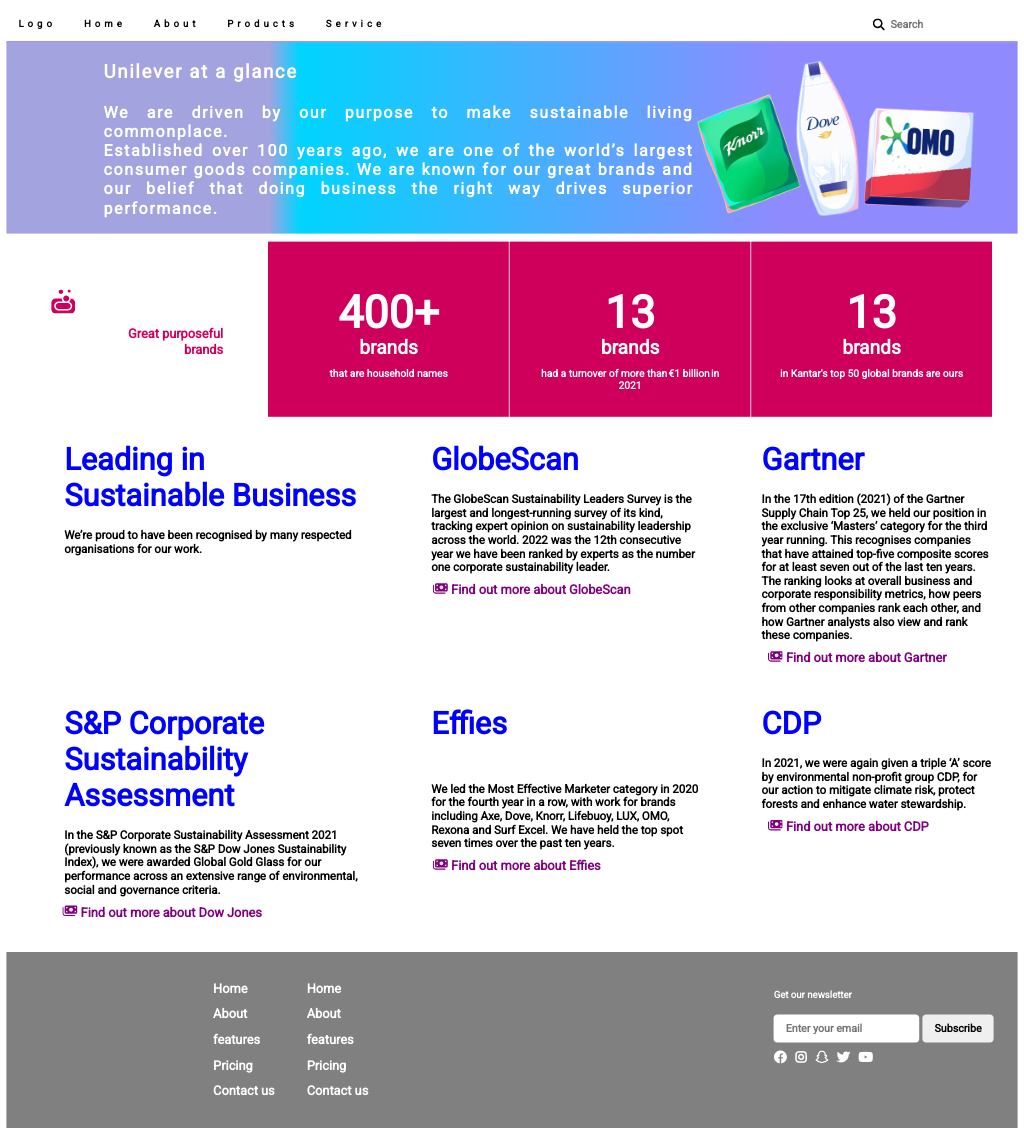
Repository: 365dayschallenge/interface_uniliver
Page: about.html
An editor plug-in stored every save of this project. The page is shown before and after the next save, followed by the edit.
The browser window is 1280 px wide. The pictures show the whole page, at 80% of full size.

Above is the page before, as saved 2022-12-18 18:50:22.

After the next save:
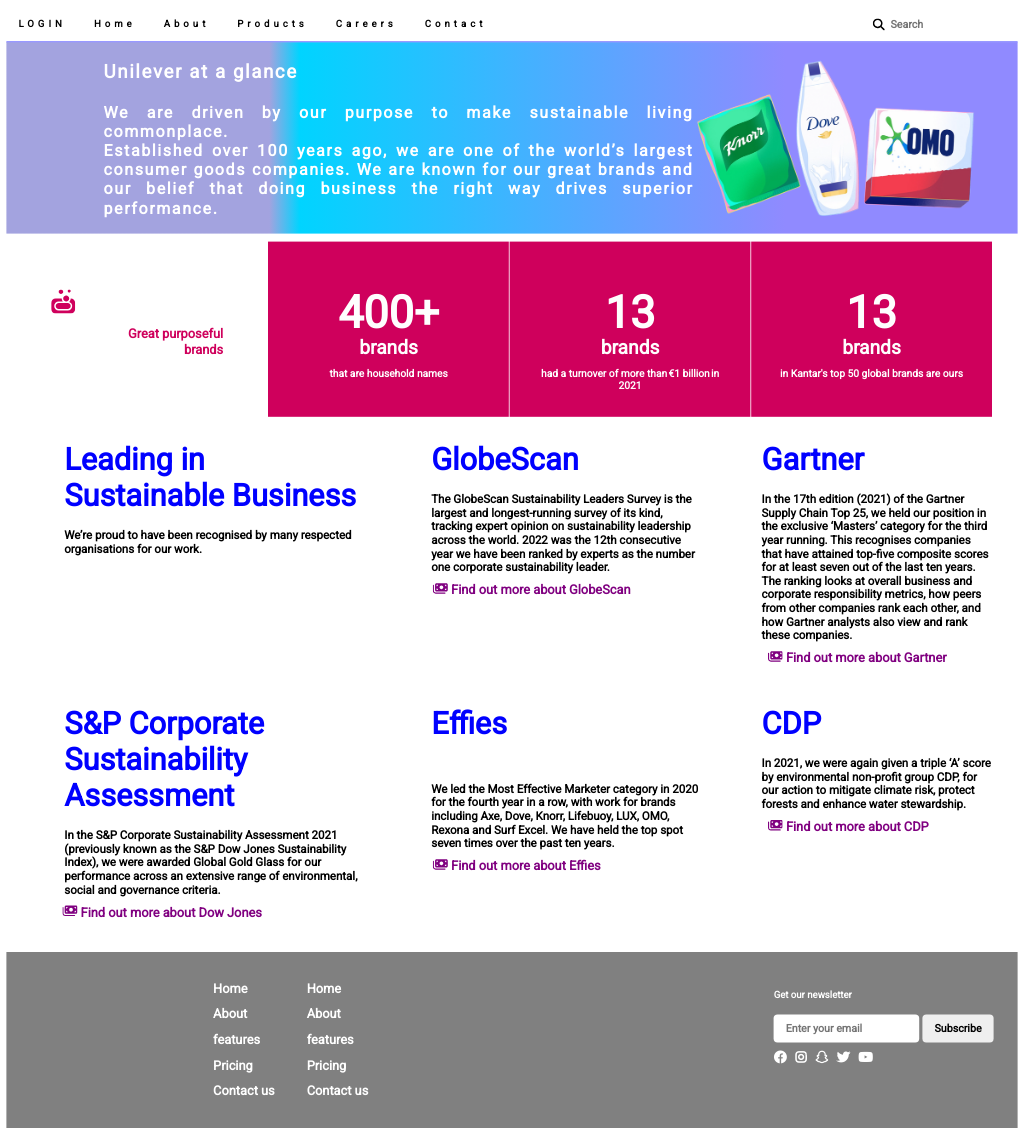
Saved 4 min 3 s later.
--- a/about.html
+++ b/about.html
@@ -23,11 +23,12 @@
   <body>
     <nav class="navbar">
       <ul class="nav-list">
-        <li><a class="nav-links" href="#">Logo</a></li>
-        <li><a class="nav-links" href="#">Home</a></li>
-        <li><a class="nav-links" href="#">About</a></li>
-        <li><a class="nav-links" href="#">Products</a></li>
-        <li><a class="nav-links" href="#">Service</a></li>
+        <li><a class="nav-links" href="./login.html">LOGIN</a></li>
+        <li><a class="nav-links" href="./index.html">Home</a></li>
+        <li><a class="nav-links" href="./about.html">About</a></li>
+        <li><a class="nav-links" href="./product.html">Products</a></li>
+        <li><a class="nav-links" href="./careers.html">Careers</a></li>
+        <li><a class="nav-links" href="./contact.html">Contact</a></li>
       </ul>
       <div class="nav-search">
         <svg
